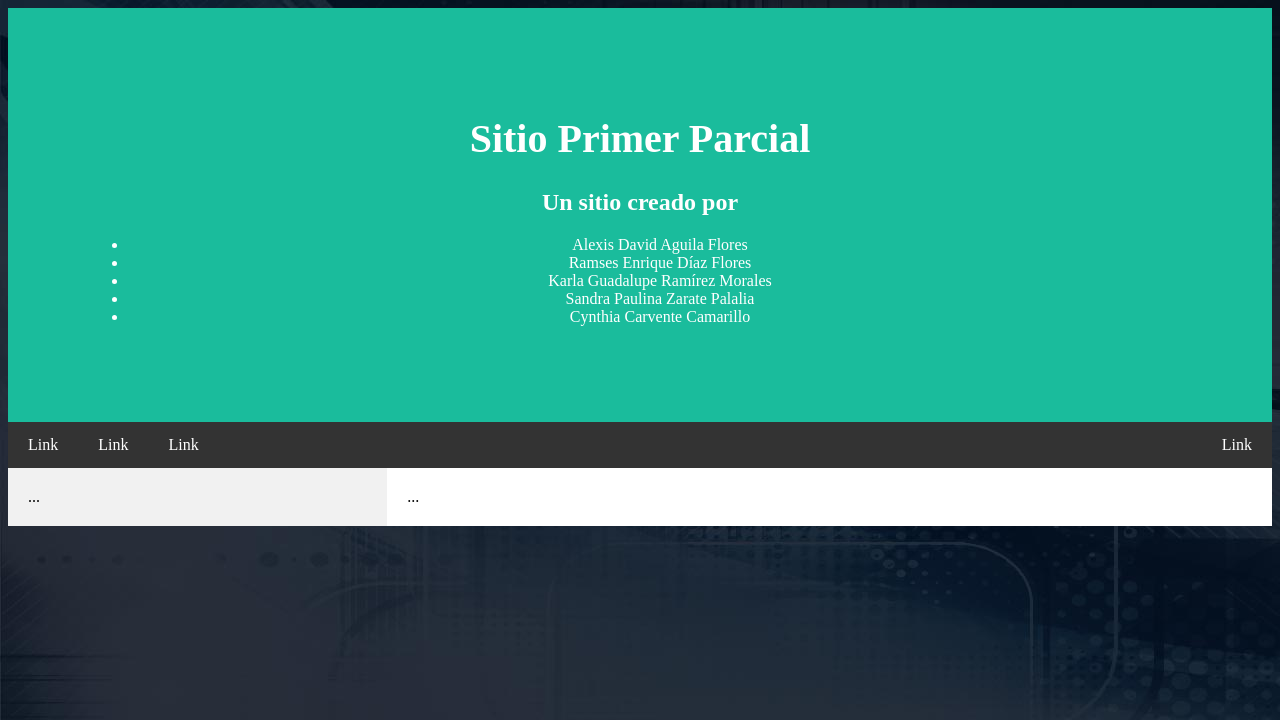
Repository: Dogueen/miniProyectoUniversidad
Page: miniProyecto/miniProyecto.html
The author's editor kept a copy of each file at every save. The page is drawn from the files as they stood at one save, then again after the next save.
The browser window is 1280 px wide. The pictures show the whole page.

Above is the page before, as saved 2023-10-27 16:48:35.

### miniProyecto/miniProyecto.html
<!DOCTYPE html>
<html lang="es">

    <head>
        <title>Ejemplo de un Website</title>
        <meta charset="UTF-8">
        <meta name="viewport" content="width=device-width, initial-scale=1">
        <link rel="stylesheet" type="text/css" href="styles/styles.css" />

        <style>
     </style>
    </head>

    <body>
        <div class="header">
            <h1>Sitio Primer Parcial</h1>
            <h2> Un sitio creado por</h2>
            <ul>
                <li>Alexis David Aguila Flores</li>
                <li>Ramses Enrique Díaz Flores</li>
                <li>Karla Guadalupe Ramírez Morales</li>
                <li>Sandra Paulina Zarate Palalia</li>
                <li>Cynthia Carvente Camarillo</li>
            </ul>
        </div>

        <div class="navbar">
            <a href="#">Link</a>
            <a href="#">Link</a>
            <a href="#">Link</a>
            <a href="#" class="right">Link</a>
        </div>

        <div class="row">
            <div class="side">...</div>
            <div class="main">...</div>
        </div>

    </body>

</html>

### miniProyecto/styles/styles.css
body {
    background-image: url("images/bg-img.jpg");
}

.header {
    padding: 80px;
    /* some padding */
    text-align: center;
    /* center the text */
    background: #1abc9c;
    /* green background */
    color: white;
    /* white text color */
}

/* Increase the font size of the <h1> element */
.header h1 {
    font-size: 40px;
}

/* Style the top navigation bar */
.navbar {
    overflow: hidden;
    /* Hide overflow */
    background-color: #333;
    /* Dark background color */
}

/* Style the navigation bar links */
.navbar a {
    float: left;
    /* Make sure that the links stay side-by-side */
    display: block;
    /* Change the display to block, for responsive reasons (see below) */
    color: white;
    /* White text color */
    text-align: center;
    /* Center the text */
    padding: 14px 20px;
    /* Add some padding */
    text-decoration: none;
    /* Remove underline */
}

/* Right-aligned link */
.navbar a.right {
    float: right;
    /* Float a link to the right */
}

/* Change color on hover/mouse-over */
.navbar a:hover {
    background-color: #ddd;
    /* Grey background color */
    color: black;
    /* Black text color */
}

/* Ensure proper sizing */
* {
    box-sizing: border-box;
}

/* Column container */
.row {
    display: flex;
    flex-wrap: wrap;
}

/* Create two unequal columns that sits next to each other */
/* Sidebar/left column */
.side {
    flex: 30%;
    /* Set the width of the sidebar */
    background-color: #f1f1f1;
    /* Grey background color */
    padding: 20px;
    /* Some padding */
}

/* Main column */
.main {
    flex: 70%;
    /* Set the width of the main content */
    background-color: white;
    /* White background color */
    padding: 20px;
    /* Some padding */
}

/* Responsive layout - when the screen is less than 700px wide, make the two columns stack on top of each other instead of next to each other */
@media screen and (max-width: 700px) {
    .row {
      flex-direction: column;
    }
  }

  /* Responsive layout - when the screen is less than 400px wide, make the navigation links stack on top of each other instead of next to each other */
  @media screen and (max-width: 400px) {
    .navbar a {
      float: none;
      width: 100%;
    }
  }

After the next save:
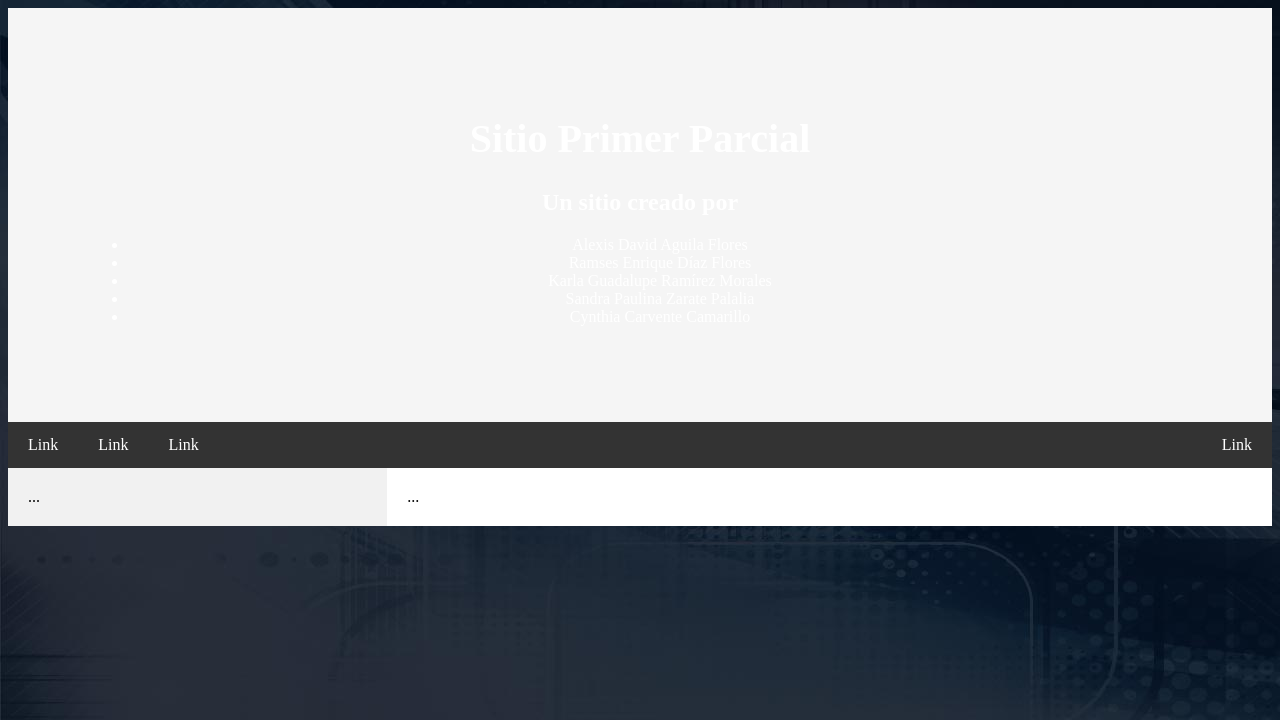
Saved 19 min 52 s later.
--- a/miniProyecto/styles/styles.css
+++ b/miniProyecto/styles/styles.css
@@ -7,7 +7,7 @@ body {
     /* some padding */
     text-align: center;
     /* center the text */
-    background: #1abc9c;
+    background: #f5f5f5;
     /* green background */
     color: white;
     /* white text color */
